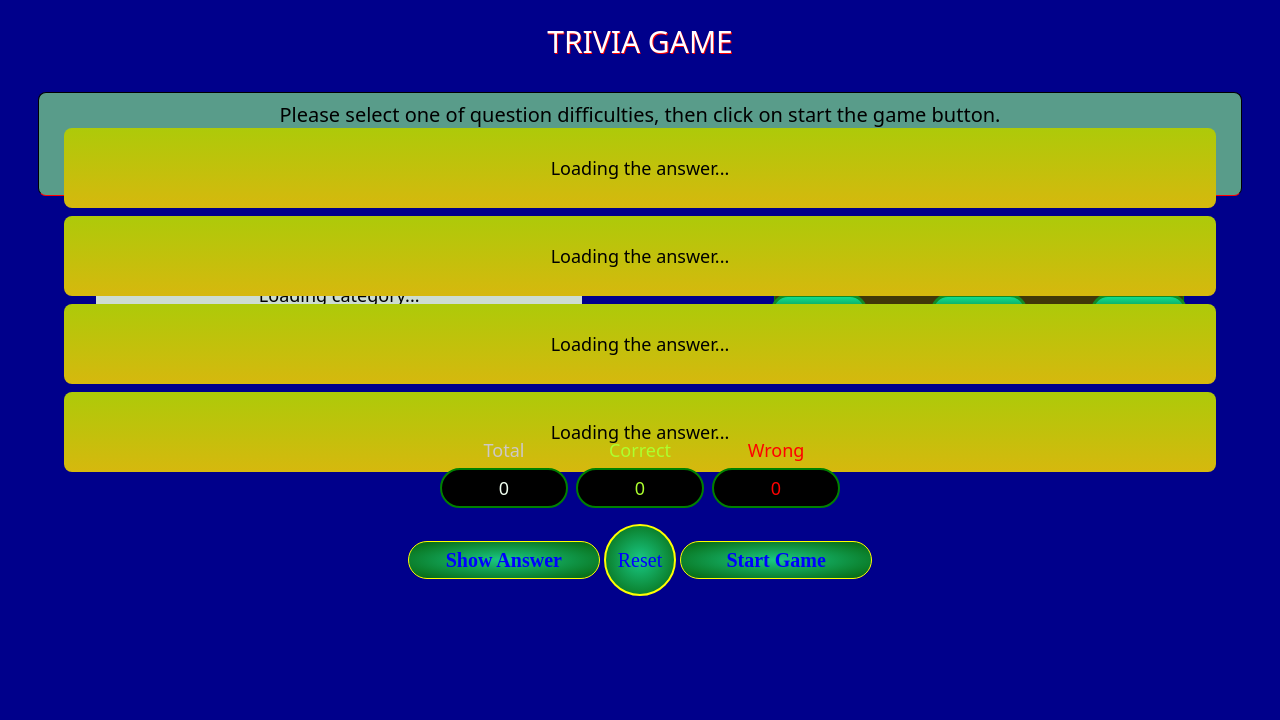
Repository: ShindanoSingi/bembe-trivia
Page: index.html
An editor plug-in stored every save of this project. The page is shown before and after the next save, followed by the edit.
The browser window is 1280 px wide. The pictures show the whole page.
Some web libraries are served in a nearby version.

Above is the page before, as saved 2022-09-08 02:36:16.

After the next save:
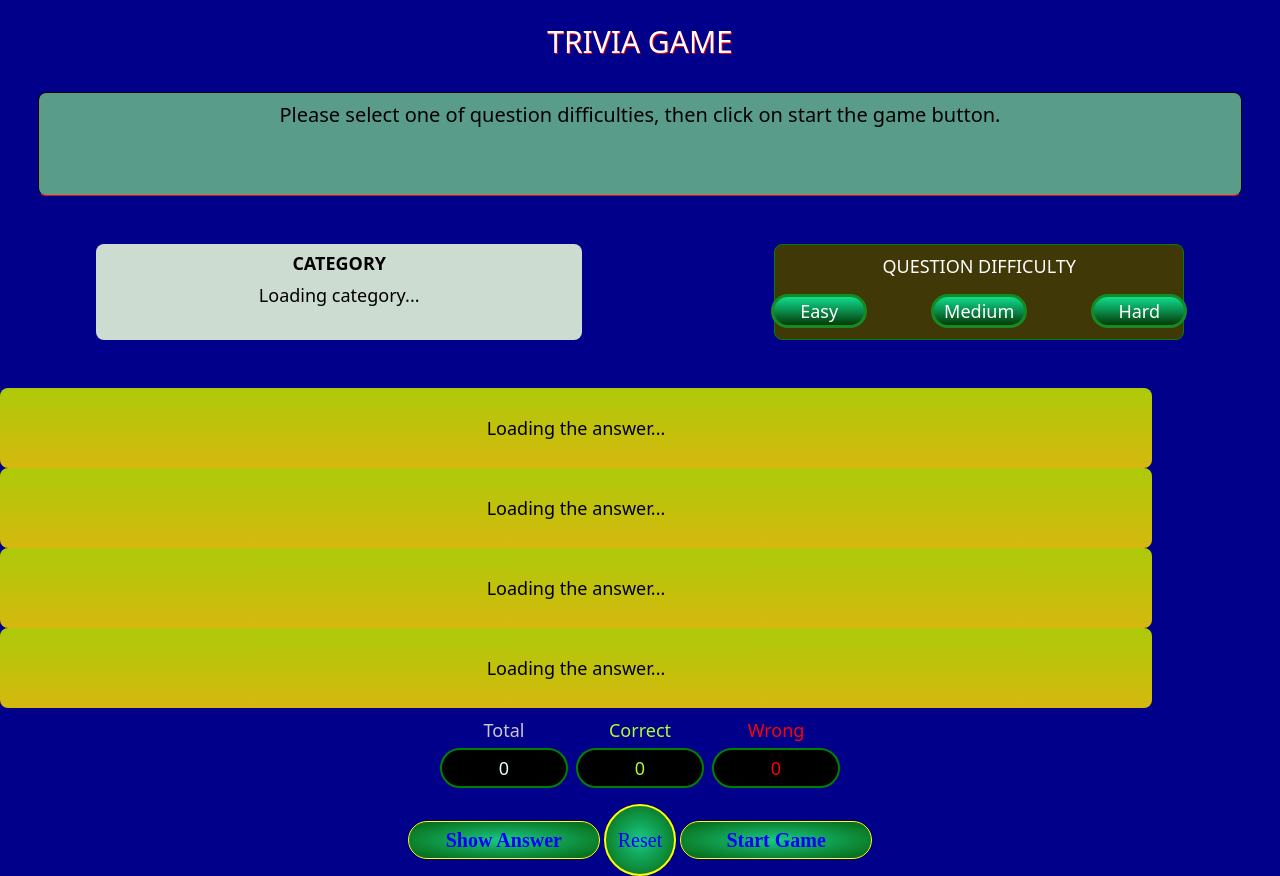
Console error: TypeError: Cannot read properties of null (reading 'addEventListener')
Saved 67 s later.
--- a/index.html
+++ b/index.html
@@ -33,8 +33,8 @@
                 </div>
             </div>
             <div class="imgAndQuestions">
-                <img class="w-[94vw] md:hidden h-[25rem] mx-auto" src="pexels-skitterphoto-9198.jpg" alt="nature image">
-                <div class="answersButtons absolute md:absolute md:bottom-[15.5rem] bottom-[10.2rem] ml-[5vw] flex space-y-2 items-center  flex-col">
+                <!-- <img class="w-[94vw] md:hidden h-[25rem] mx-auto" src="pexels-skitterphoto-9198.jpg" alt="nature image">
+                <div class="answersButtons absolute md:absolute md:bottom-[15.5rem] bottom-[10.2rem] ml-[5vw] flex space-y-2 items-center  flex-col"> -->
                     <button class="showAnswer md:text-lg w-[90vw] p-1 absolute bottom-[17rem] mx-auto text-sm h-[5rem]">Loading the answer...</button>
                     <button class="response md:text-lg w-[90vw] p-1 text-center text-md h-[5rem]" id="response1">Loading the answer...</button>
                     <button class="response md:text-lg w-[90vw] p-1 text-md h-[5rem]" id="response2">Loading the answer...</button>

After the save that followed:
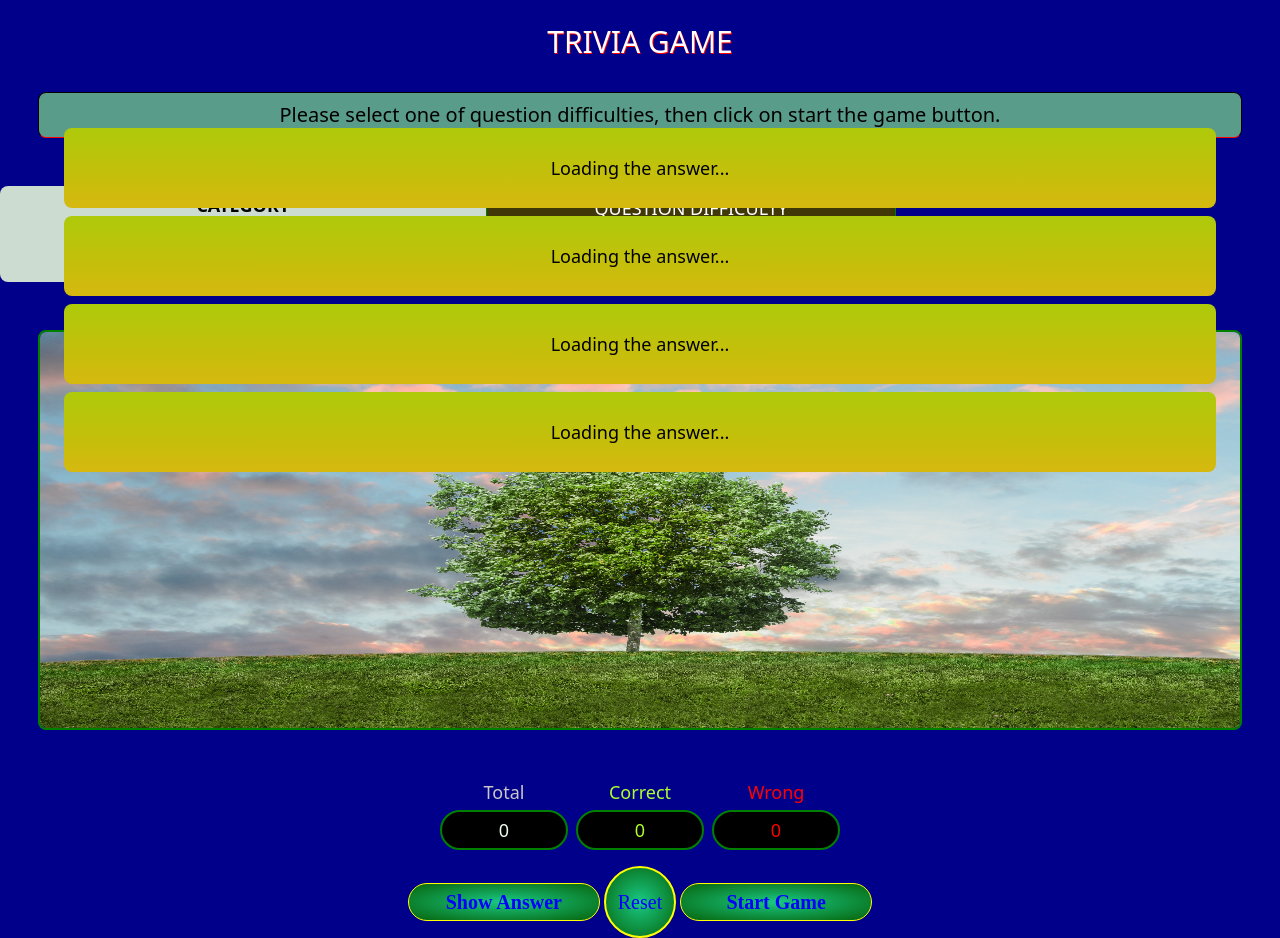
The error is gone.
Saved 14 s later.
--- a/index.html
+++ b/index.html
@@ -16,7 +16,7 @@
             <div class="questionBox text-center w-[94vw] md:text-xl h-[6.5rem] p-2 md:p-2 mx-auto rounded-lg">
                 Please select one of question difficulties, then click on start the game button.
             </div>
-            <div class="category-and-difficulty-container items-center justify-around flex">
+            <div class="category-and-difficulty-container items-center items-around flex">
                 <div class="category-container w-[38vw] md:h-[6rem] h-[4.5rem] bg-[#CDDCD1] flex items-center flex-col py-[0.3rem] rounded-lg">
                     <div class="labelCategory text-sm md:text-lg font-bold md:font-bold text-black">CATEGORY</div>
                     <div class="category text-sm md:text-lg text-center p-1 rounded-lg">
@@ -33,8 +33,8 @@
                 </div>
             </div>
             <div class="imgAndQuestions">
-                <!-- <img class="w-[94vw] md:hidden h-[25rem] mx-auto" src="pexels-skitterphoto-9198.jpg" alt="nature image">
-                <div class="answersButtons absolute md:absolute md:bottom-[15.5rem] bottom-[10.2rem] ml-[5vw] flex space-y-2 items-center  flex-col"> -->
+                <img class="w-[94vw] h-[25rem] mx-auto" src="pexels-skitterphoto-9198.jpg" alt="nature image">
+                <div class="answersButtons absolute md:absolute md:bottom-[15.5rem] bottom-[17.2rem] ml-[5vw] flex space-y-2 items-center  flex-col">
                     <button class="showAnswer md:text-lg w-[90vw] p-1 absolute bottom-[17rem] mx-auto text-sm h-[5rem]">Loading the answer...</button>
                     <button class="response md:text-lg w-[90vw] p-1 text-center text-md h-[5rem]" id="response1">Loading the answer...</button>
                     <button class="response md:text-lg w-[90vw] p-1 text-md h-[5rem]" id="response2">Loading the answer...</button>
